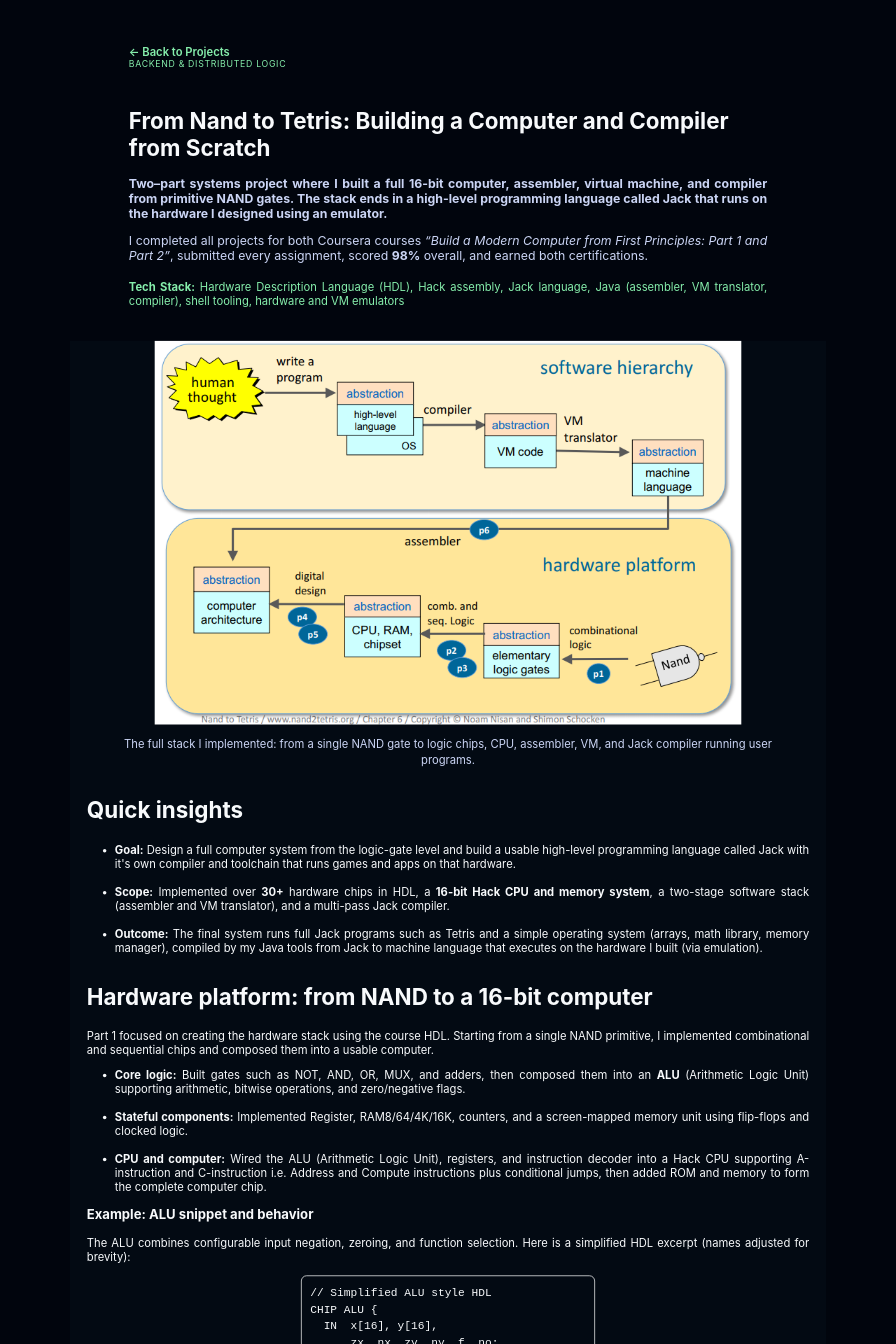
Repository: Abdulaziz-04/Abdulaziz-04.github.io
Page: deepdives/backend_systems/nand2tetris/nand2tetris.html
These files come from the project's save history. The page is drawn as it stood at one moment and after the next save; the edit follows.
The browser window is 1280 px wide. The pictures show the part of the page from y = 0 to 1920 px (the page is 6414 px tall before and 6394 px after), at 70% of full size.

Above is the page before, as saved 2025-11-20 22:15:45.

After the next save:
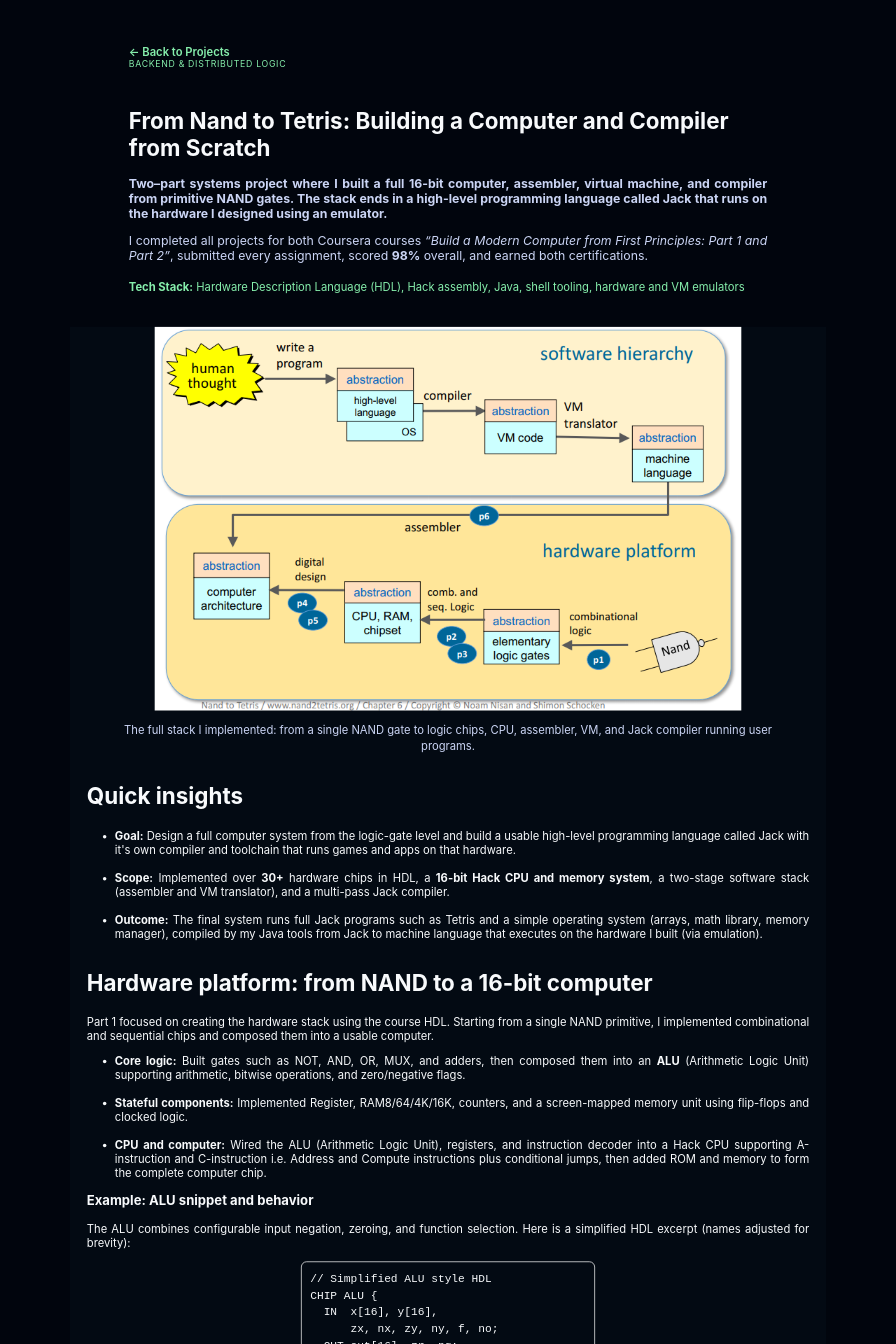
Saved 24 s later.
--- a/deepdives/backend_systems/nand2tetris/nand2tetris.html
+++ b/deepdives/backend_systems/nand2tetris/nand2tetris.html
@@ -171,9 +171,8 @@
       <ul class="detail-meta">
         <li>
           <strong>Tech Stack:</strong>
-          Hardware Description Language (HDL), Hack assembly, Jack language,
-          Java (assembler, VM translator, compiler), shell tooling, hardware and
-          VM emulators
+          Hardware Description Language (HDL), Hack assembly, Java, shell
+          tooling, hardware and VM emulators
         </li>
       </ul>
     </header>
